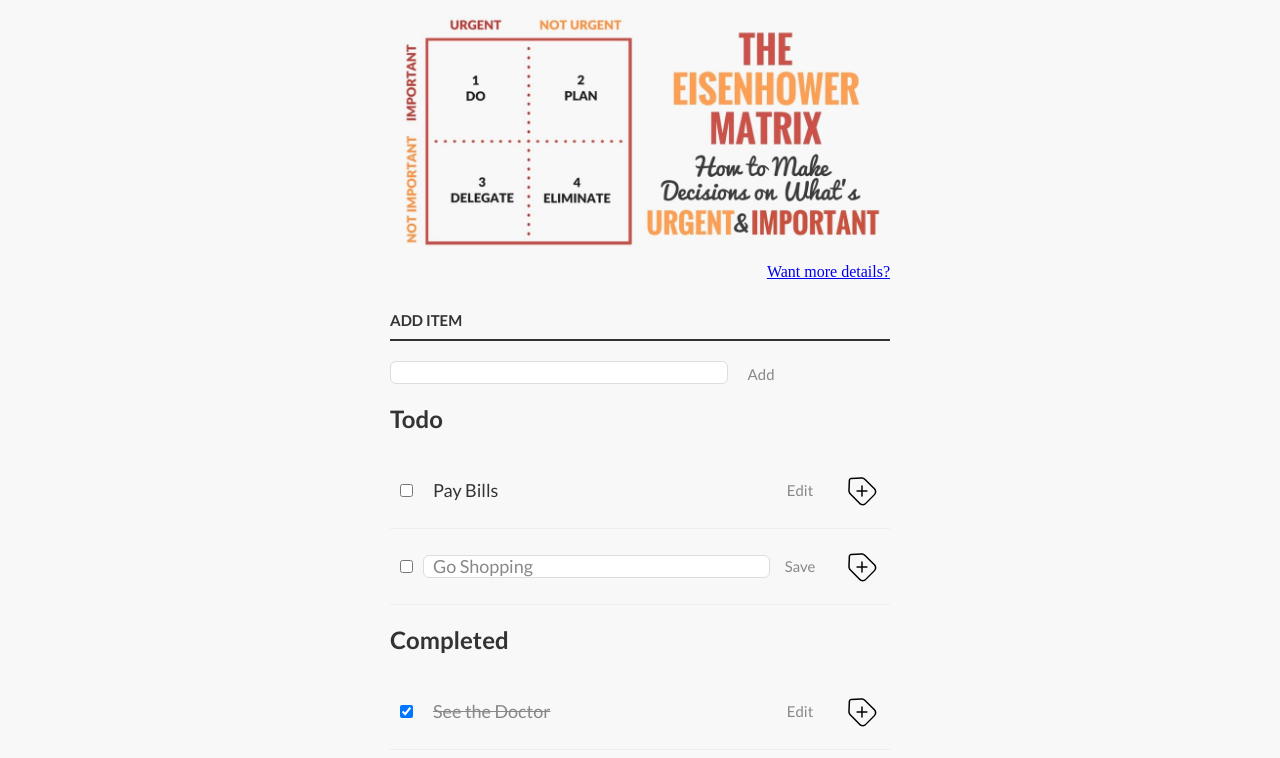
Repository: dev1siWoo/clean-code-s1e1
Page: index.html
The author's editor kept a copy of each file at every save. The page is drawn from the files as they stood at one save, then again after the next save.
The browser window is 1280 px wide. The pictures show the whole page.

Above is the page before, as saved 2024-01-08 22:59:49.

After the next save:
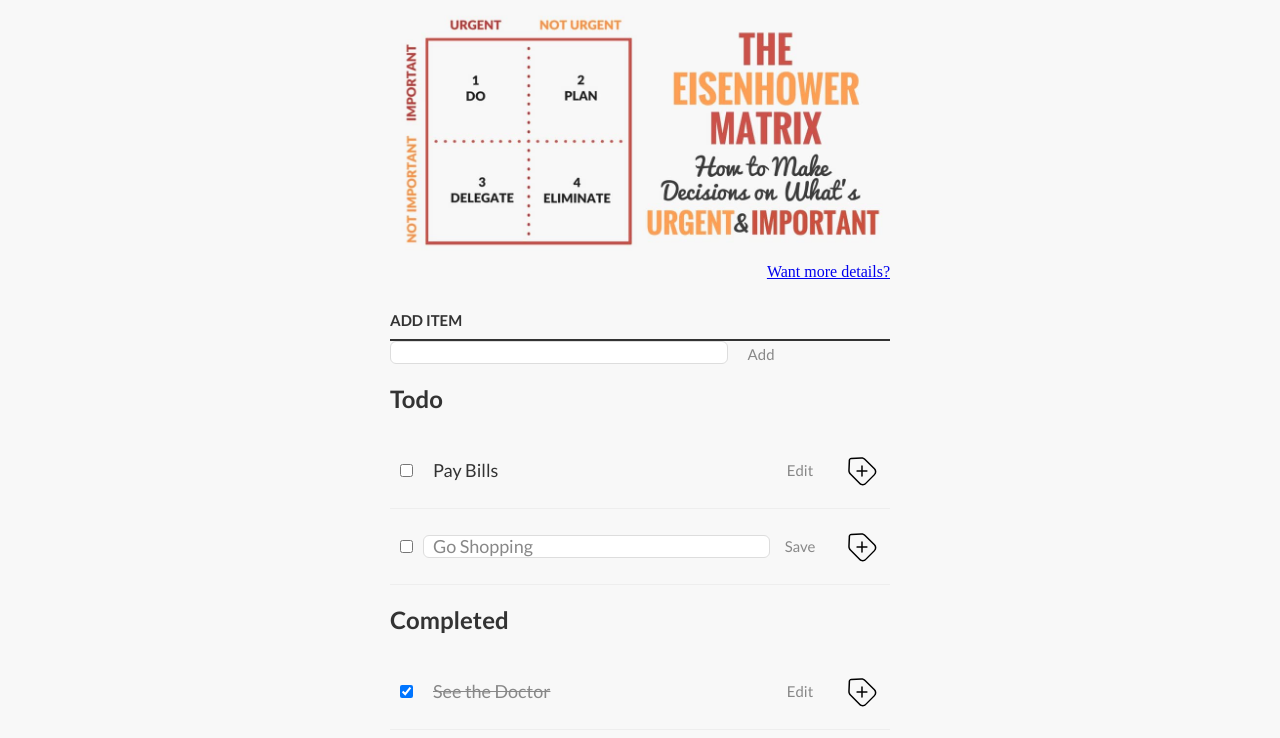
Saved 10 s later.
--- a/style.css
+++ b/style.css
@@ -73,7 +73,7 @@
 
 /* Heading */
 h3,
-label[for='new-task'] {
+.label[for='new-task'] {
   color: #333;
   font-weight: 700;
   font-size: 15px;
